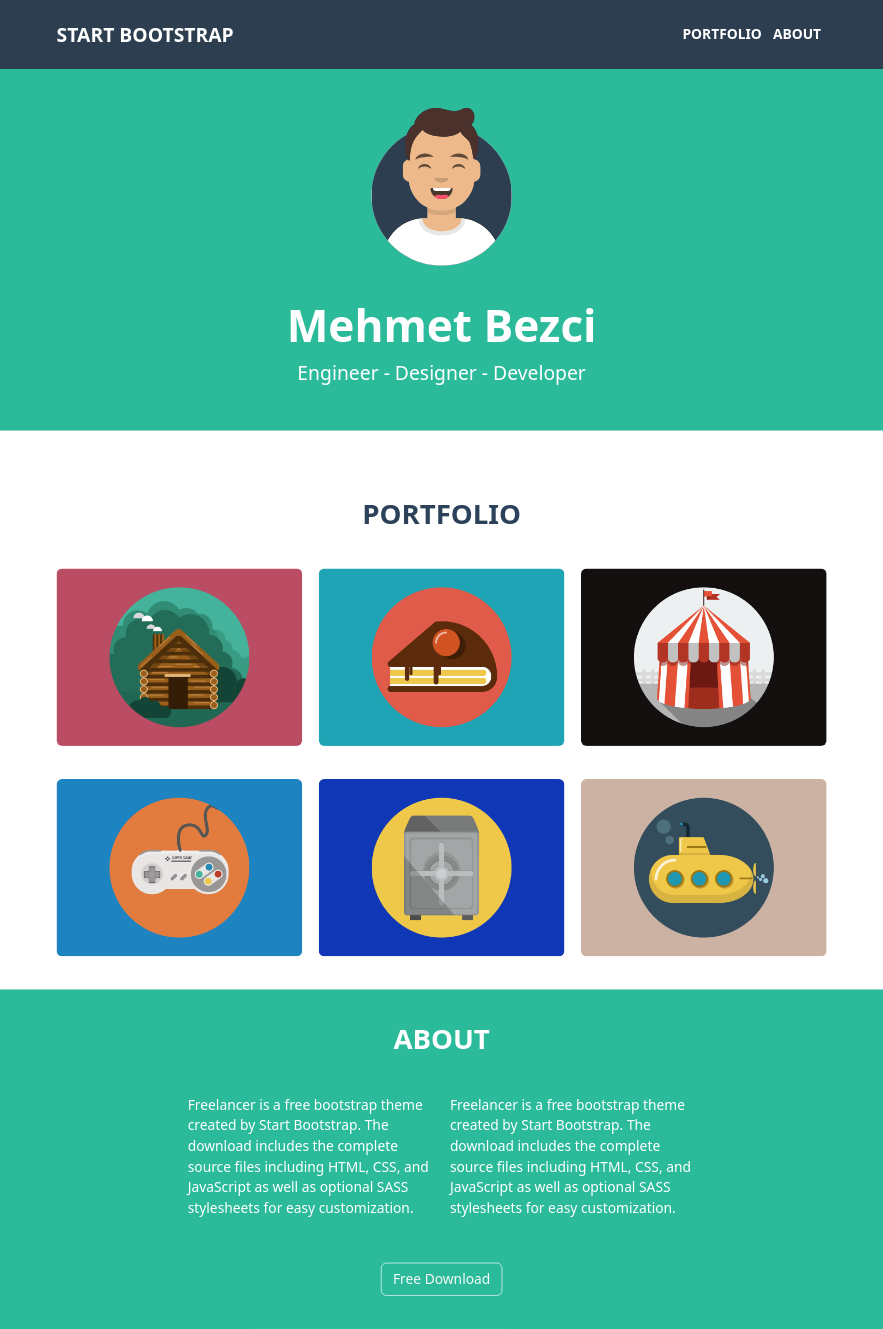
Repository: 7JaxeN7/WT-1255P-Mehmet_BEZC-
Page: index.html
An editor plug-in stored every save of this project. The page is shown before and after the next save, followed by the edit.
The browser window is 1280 px wide. The pictures show the whole page, at 69% of full size.

Above is the page before, as saved 2025-01-06 22:10:54.

After the next save:
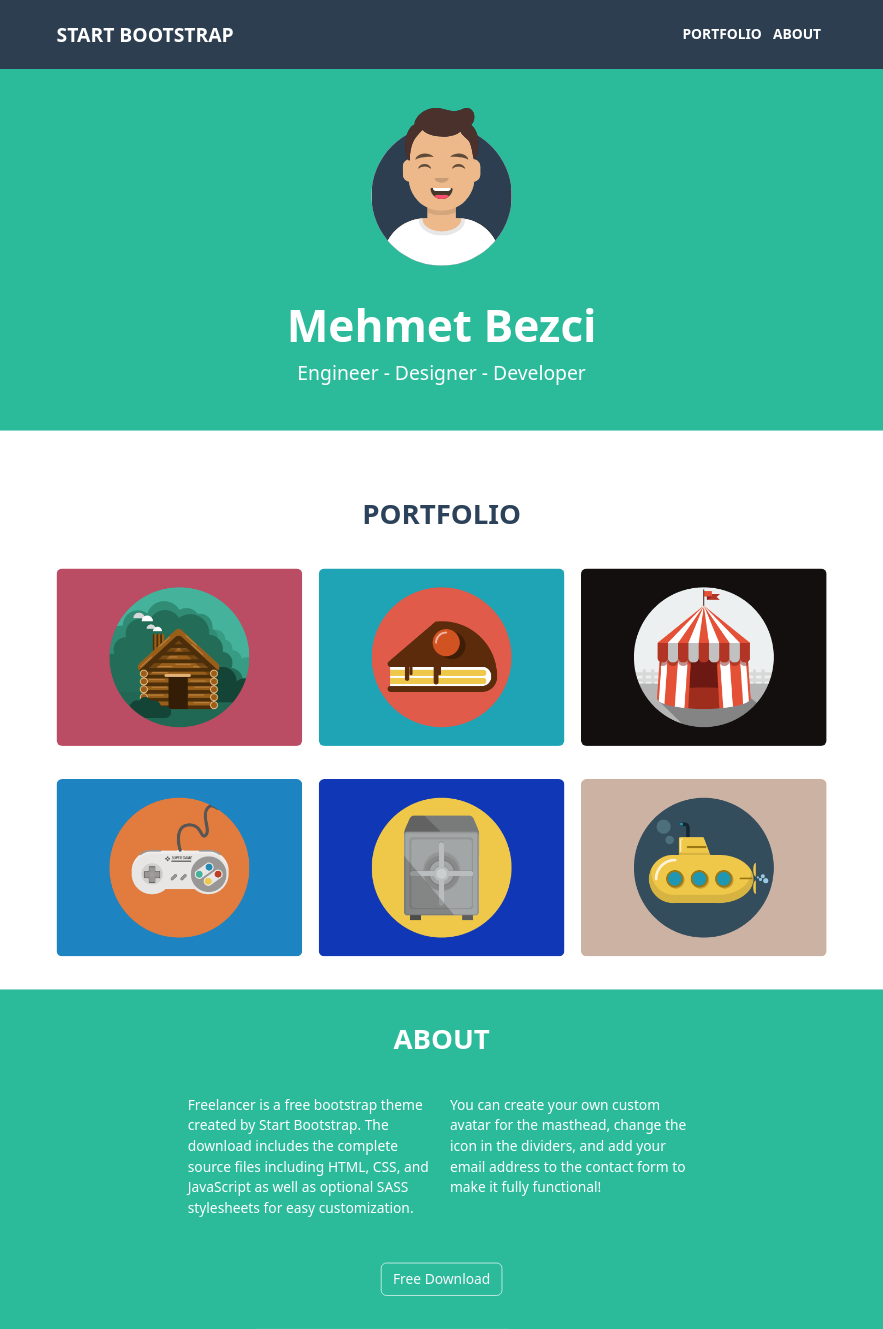
Saved 3 min 6 s later.
--- a/index.html
+++ b/index.html
@@ -80,8 +80,8 @@
         </div>
         <div class="col-lg-4 fs-5 text-white">
           <p>
-            Freelancer is a free bootstrap theme created by Start Bootstrap. The download includes the complete source
-            files including HTML, CSS, and JavaScript as well as optional SASS stylesheets for easy customization.
+            You can create your own custom avatar for the masthead, change the icon in the dividers, and add your email
+            address to the contact form to make it fully functional!
           </p>
         </div>
       </div>
